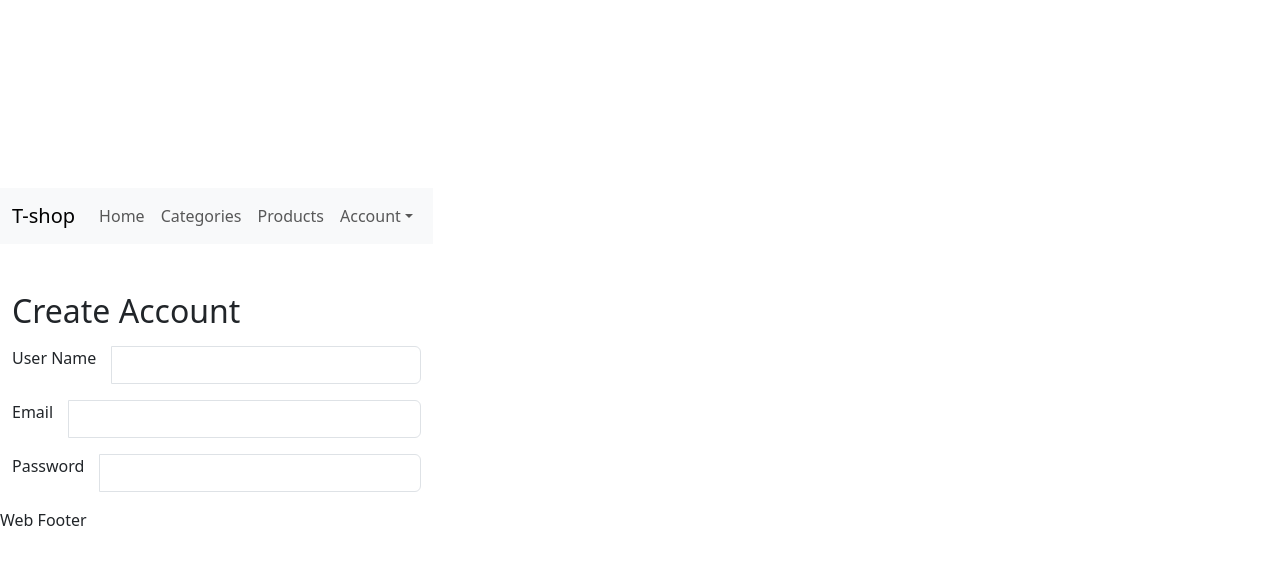
Repository: HadelAbdellatif/ecommerce1
Page: /register
These files come from the project's save history. The page is drawn as it stood at one moment and after the next save; the edit follows.
The browser window is 1280 px wide. The pictures show the whole page.
The project was rebuilt for these pictures with package versions that can differ from the ones it lists, and the page was loaded fresh each time. Also part of the build but not shown: vite.config.js, src/components/web/home/Home.jsx, src/components/web/categories/Categories.jsx, src/components/dashboard/navbar/Navbar.jsx, src/components/dashboard/footer/Footer.jsx, src/layouts/DashboardLayout.jsx, src/components/dashboard/home/Home.jsx, src/components/dashboard/categories/Categories.jsx.

Above is the page before, as saved 2023-11-20 20:14:40.

After the next save:
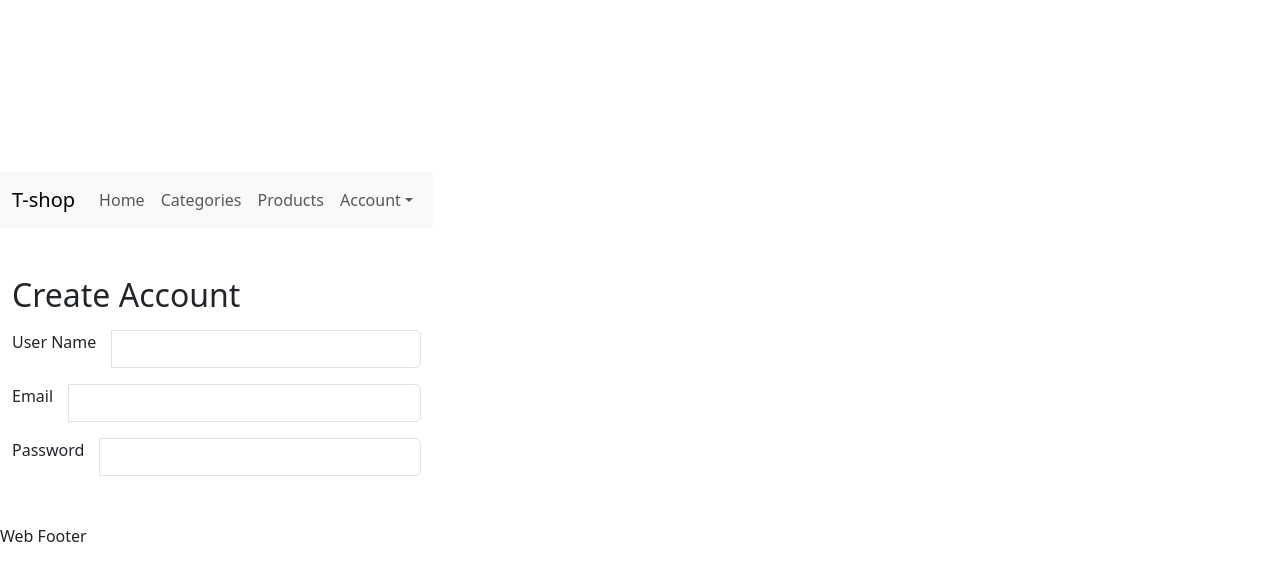
Saved 17 s later.
--- a/src/components/web/register/Register.jsx
+++ b/src/components/web/register/Register.jsx
@@ -35,7 +35,7 @@ export default function Register() {
         <div className="container">
 
             <h2 className='mt-5'>Create Account</h2>
-            <form>
+            <form className='mb-5'>
                 {renderInputs}
             </form>
         </div>
